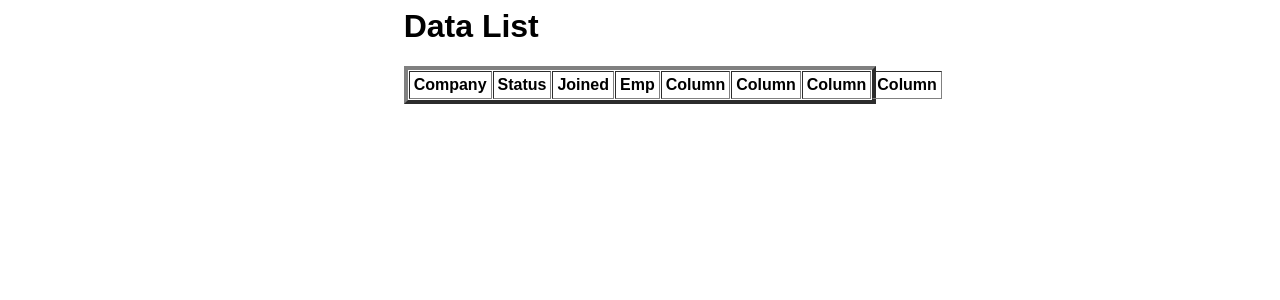
Repository: AdityaTech-Pro/FullStackWithBridgelabz
Page: Assignment2/Data_List/index.html
The author's editor kept a copy of each file at every save. The page is drawn from the files as they stood at one save, then again after the next save.
The browser window is 1280 px wide. The pictures show the whole page.

Above is the page before, as saved 2025-10-15 09:20:20.

### Assignment2/Data_List/index.html
<html>

<head>
    <style>
        body {
            font-family: Arial, Helvetica, sans-serif;
        }

        .center {
            display: block;
            margin-left: auto;
            margin-right: auto;
            width: 37.4%;
        }
    </style>
</head>
<title>
    <h2>Welcome to My Web Page</h2>
</title>

<body>
    <table border="4" cellspacing="1" cellpadding="4" class="center">
        <h1 class="center">Data List</h1>
        <tr>
            <th>Company</th>
            <th>Status</th>
            <th>Joined</th>
            <th>Emp</th>
            <th>Column</th>
            <th>Column</th>
            <th>Column</th>
            <th>Column</th>
        </tr>

</body>

</html>

After the next save:
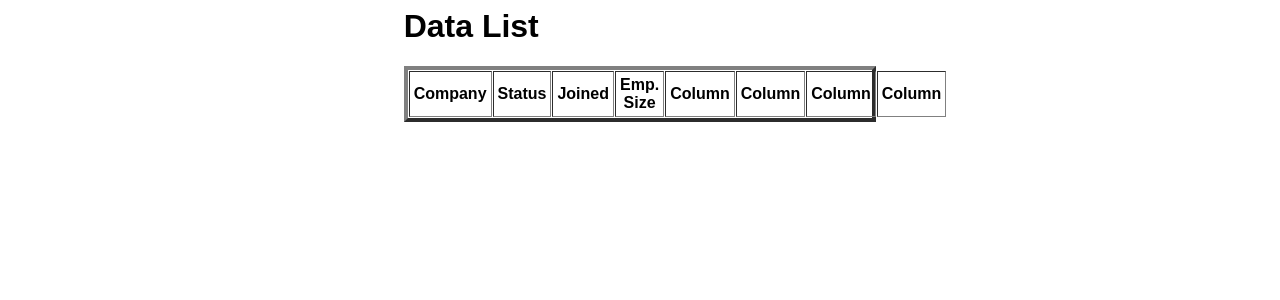
Saved 4 s later.
--- a/Assignment2/Data_List/index.html
+++ b/Assignment2/Data_List/index.html
@@ -25,7 +25,7 @@
             <th>Company</th>
             <th>Status</th>
             <th>Joined</th>
-            <th>Emp</th>
+            <th>Emp. Size</th>
             <th>Column</th>
             <th>Column</th>
             <th>Column</th>
